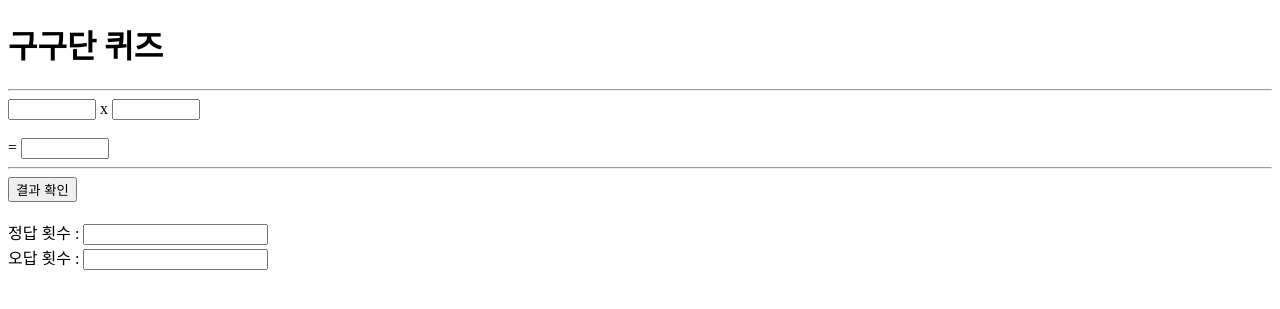
Repository: Baechangho/JavaBasic
Page: workspace_web/Front/src/main/webapp/event/gugudan_quiz.html
These files come from the project's save history. The page is drawn as it stood at one moment and after the next save; the edit follows.
The browser window is 1280 px wide. The pictures show the whole page.

Above is the page before, as saved 2023-08-09 00:13:21.

### workspace_web/Front/src/main/webapp/event/gugudan_quiz.html
<!DOCTYPE html>
<html>
<head>
<meta charset="UTF-8">
<title>Insert title here</title>
<style type="text/css">
#n1, #n2{
	width: 80px;
}
#answer{
	width: 80px;
}

</style>
</head>
<body>

<!-- Math.random() 함수 이용하여 숫자 2개 생성하기 -->
<!-- 사용자의 입력 받기 -->
<!-- "결과 확인"버튼을 눌렀을 때 정답/오답 판단 결과 적용 -->
<!-- ** 태그 내용 수정해도 괜찮음 -->

<h1>구구단 퀴즈</h1>
<hr>

<input type="text" id="n1"> x <input type="text" id="n2"><br><br>
= <input type="text" id="answer">

<hr>

<input type="button" value="결과 확인" id="calc"><br><br>

정답 횟수 : <input type="text" id="correct"><br>
오답 횟수 : <input type="text" id="incorrect">

</body>
</html>

After the next save:
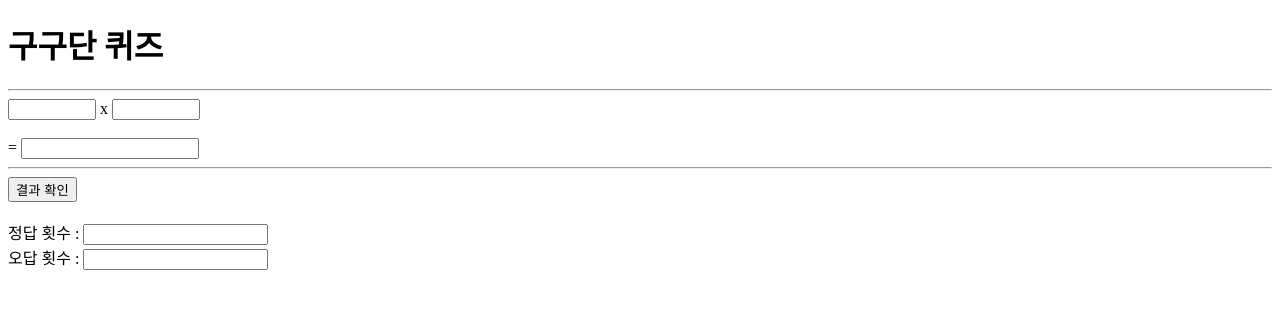
Saved 16 s later.
--- a/workspace_web/Front/src/main/webapp/event/gugudan_quiz.html
+++ b/workspace_web/Front/src/main/webapp/event/gugudan_quiz.html
@@ -8,7 +8,7 @@
 	width: 80px;
 }
 #answer{
-	width: 80px;
+	width: 170px;
 }
 
 </style>
